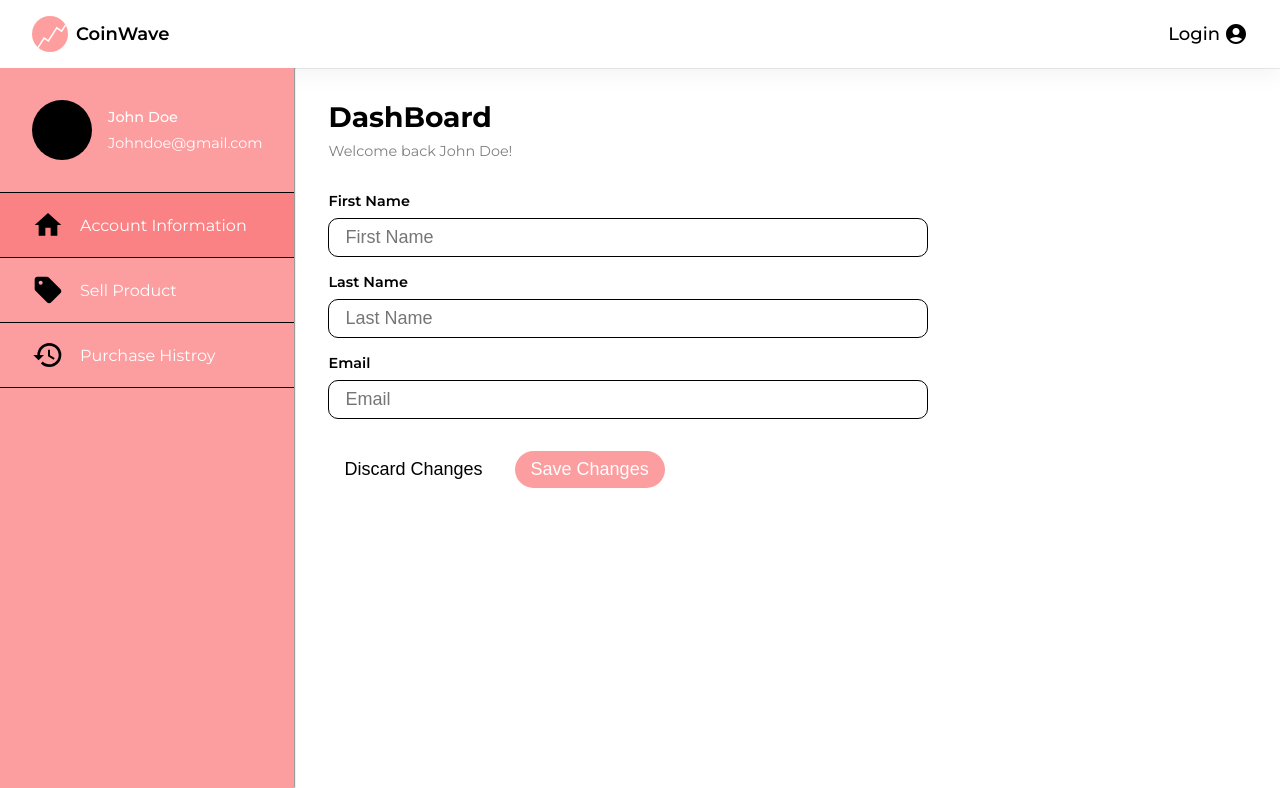
Repository: David-Waite/CoinWave
Page: /account
The author's editor kept a copy of each file at every save. The page is drawn from the files as they stood at one save, then again after the next save.
The browser window is 1280 px wide. The pictures show the whole page.
The project was rebuilt for these pictures with package versions that can differ from the ones it lists, and the page was loaded fresh each time. The framework's server and built-in components were replaced by stand-ins that run in the browser. Also part of the build but not shown: next.config.js, app/components/account/SellProduct/SellProduct.js, app/components/account/PurchaseHistory/PurchaseHistory.js.

Above is the page before, as saved 2023-08-16 11:22:14.

### app/layout.js
import Nav from "./components/Nav/Nav";
import "./globals.css";
import { Montserrat } from "next/font/google";

const montserrat = Montserrat({ subsets: ["latin"] });

export const metadata = {
  title: "Coin Wave",
  description: "Generated by create next app",
};

export default function RootLayout({ children }) {
  return (
    <html lang="en">
      <body className={montserrat.className}>
        <Nav />
        {children}
      </body>
    </html>
  );
}

### app/account/page.js
"use client";
import styles from "./account.module.css";
import { useState } from "react";
import AccountMenu from "../components/account/AccountMenu/AccountMenu";
import AccountInformation from "../components/account/AccountInfomation/AccountInfomation";
import SellProduct from "../components/account/SellProduct/SellProduct";
import PurchaseHistroy from "../components/account/PurchaseHistory/PurchaseHistory";

export default function Account() {
  const [selected, setSelected] = useState({
    accountInformation: true,
    sellProduct: false,
    purchaseHistroy: false,
  });

  function handleMenuSelect(select) {
    setSelected({
      accountInformation: select === "accountInformation",
      sellProduct: select === "sellProduct",
      purchaseHistroy: select === "purchaseHistroy",
    });
  }

  return (
    <div className={styles.main}>
      <AccountMenu selected={selected} onClick={handleMenuSelect} />

      <hr />
      <main>
        {selected.accountInformation && <AccountInformation />}
        {selected.sellProduct && <SellProduct />}
        {selected.purchaseHistroy && <PurchaseHistroy />}
      </main>
    </div>
  );
}

### app/components/Nav/Nav.js
import styles from "./nav.module.css";
import Link from "next/link";
import { MdAccountCircle } from "react-icons/md";
export default function Nav() {
  return (
    <nav className={styles.main}>
      <Link className={styles.homeLink} href="/">
        <svg
          width="36"
          height="36"
          viewBox="0 0 36 36"
          fill="none"
          xmlns="http://www.w3.org/2000/svg"
        >
          <circle cx="18" cy="18" r="18" fill="#FF9E9E" />
          <mask
            id="mask0_7_9"
            style={{ maskType: "alpha" }}
            maskUnits="userSpaceOnUse"
            x="0"
            y="0"
            width="36"
            height="36"
          >
            <path
              d="M36 18C36 27.9411 27.9411 36 18 36C8.05887 36 0 27.9411 0 18C0 8.05887 8.05887 0 18 0C27.9411 0 36 8.05887 36 18Z"
              fill="#FF9E9E"
            />
          </mask>
          <g mask="url(#mask0_7_9)">
            <path
              d="M2.13416 37.6684L12.0865 22.0755L16.3706 24.9865L24.7305 11.8885L29.6267 15.2153L36.3942 4.61218"
              stroke="white"
              stroke-width="1.5"
            />
          </g>
        </svg>
        CoinWave
      </Link>
      <Link className={styles.loginLink} href="/login">
        Login <MdAccountCircle size={24} />
      </Link>
    </nav>
  );
}

### app/globals.css
:root {
  --primary: #fc9d9f;
}

* {
  margin: 0;
  padding: 0;
}

### app/components/account/AccountMenu/AccountMenu.js
import styles from "./accountMenu.module.css";
import { MdHistory, MdHome, MdSell } from "react-icons/md";
export default function AccountMenu(props) {
  function handleClick(select) {
    props.onClick(select);
  }

  const selectedP = {
    backgroundColor: "#fa8284",
  };

  return (
    <div className={styles.container}>
      <div className={styles.infoOverView}>
        <div className={styles.photo}></div>
        <div className={styles.overViewTextContainer}>
          <p className={styles.fullNameOverView}>John Doe</p>
          <p className={styles.emailOverView}>Johndoe@gmail.com</p>
        </div>
      </div>

      <div
        onClick={() => handleClick("accountInformation")}
        className={styles.linkContainer}
        style={Object.assign(props.selected.accountInformation && selectedP)}
      >
        <MdHome className={styles.menuIcons} />
        <p>Account Information</p>
      </div>

      <div
        onClick={() => handleClick("sellProduct")}
        className={styles.linkContainer}
        style={Object.assign(props.selected.sellProduct && selectedP)}
      >
        <MdSell className={styles.menuIcons} />
        <p>Sell Product</p>
      </div>

      <div
        onClick={() => handleClick("purchaseHistroy")}
        className={`${styles.linkContainer} ${styles.linkContainerBottom}`}
        style={Object.assign(props.selected.purchaseHistroy && selectedP)}
      >
        <MdHistory className={styles.menuIcons} />
        <p>Purchase Histroy</p>
      </div>
    </div>
  );
}

### app/components/account/AccountInfomation/AccountInfomation.js
"use client";
import styles from "./accountInformation.module.css";
import { useState } from "react";
import { useRouter } from "next/navigation";
import { MdSecurityUpdate } from "react-icons/md";

export default function AccountInformation() {
  const [formData, setFormData] = useState({
    firstName: "",
    lastNameName: "",
    email: "",
  });

  const router = useRouter();

  function handleChange(event) {
    const { type, name, value, checked } = event.target;
    setFormData((prevFormData) => {
      return {
        ...prevFormData,
        [name]: type === "checkbox" ? checked : value,
      };
    });
  }

  function handleSubmit(event) {
    event.preventDefault();

    router.push("/account");
  }

  return (
    <main className={styles.main}>
      <form onSubmit={handleSubmit}>
        <h1 className={styles.title}>DashBoard</h1>
        <p className={styles.welcomeText}>Welcome back {"John Doe"}!</p>

        <div className={styles.form}>
          <div className={styles.inputContainer}>
            <label className={styles.firstNameLable} htmlFor="firstName">
              First Name
            </label>
            <input
              className={styles.firstName}
              type="text"
              placeholder="First Name"
              onChange={handleChange}
              name="firstName"
              value={formData.firstName}
            />
          </div>
          <div className={styles.inputContainer}>
            <label className={styles.lastNameLable} htmlFor="lastName">
              Last Name
            </label>
            <input
              className={styles.firstName}
              type="text"
              placeholder="Last Name"
              onChange={handleChange}
              name="lastName"
              value={formData.lastName}
            />
          </div>
          <div className={styles.inputContainer}>
            <label className={styles.emailLable} htmlFor="email">
              Email
            </label>
            <input
              className={styles.email}
              type="email"
              placeholder="Email"
              onChange={handleChange}
              name="email"
              value={formData.email}
            />
          </div>
        </div>
        <div className={styles.buttonContainer}>
          <button className={styles.discardChanges}>Discard Changes</button>
          <button className={styles.saveChanges}>Save Changes</button>
        </div>
      </form>
    </main>
  );
}

### app/components/Nav/nav.module.css
.main {
  display: flex;
  align-items: center;
  justify-content: space-between;
  padding: 16px 60px;
  box-shadow: rgba(0, 0, 0, 0.05) 0px 6px 24px 0px,
    rgba(0, 0, 0, 0.08) 0px 0px 0px 1px;
}

.homeLink {
  display: flex;
  align-items: center;
  gap: 8px;
  text-decoration: none;
  font-size: 18px;
  color: black;
  font-weight: 600;
}

.loginLink {
  display: flex;
  align-items: center;
  gap: 4px;
  font-size: 18px;
  text-decoration: none;
  color: black;
  font-weight: 500;
}

@media (max-width: 1600px) {
  .main {
    padding: 16px 32px;
  }
}
@media (max-width: 778px) {
  .main {
    padding: 16px;
  }
  .loginLink,
  .homeLink {
    font-size: 16px;
  }
}

### app/components/account/AccountMenu/accountMenu.module.css
.container {
  background-color: var(--primary);

  height: 100vh;
}

.infoOverView {
  display: flex;
  align-items: center;
  gap: 16px;

  padding: 32px;
}

.fullNameOverView {
  color: white;
  font-size: 14.4px;
  font-weight: 500;
}

.emailOverView {
  color: white;
  font-size: 14.4px;
}

.overViewTextContainer {
  display: flex;
  flex-direction: column;
  gap: 8px;
}

.linkContainer {
  padding: 16px 0;
  display: flex;
  align-items: center;
  gap: 16px;
  padding-left: 32px;
  border-top: 1px solid black;
  cursor: pointer;
}
.linkContainer:hover {
  background-color: #fa8284;
}

.menuIcons {
  font-size: 32px;
}

.linkContainerBottom {
  border-bottom: 1px solid black;
}

.linkContainer p {
  color: white;
}

.photo {
  width: 60px;
  height: 60px;
  background-color: black;
  border-radius: 50%;
}

### app/components/account/AccountInfomation/accountInformation.module.css
.main {
  padding: 32px;
  width: 600px;
}

.title {
  font-size: 28.13px;
}

.welcomeText {
  font-size: 14.4px;
  color: grey;
  margin-top: 8px;
}

.firstNameLable,
.lastNameLable,
.emailLable {
  font-size: 14.4px;
  font-weight: 600;
}

.firstName,
.lastName,
.email {
  border: 1px solid black;
  padding: 8px 16px;
  font-size: 18px;
  border-radius: 10px;
}

.form {
  padding: 32px 0;
  display: flex;
  flex-direction: column;
  gap: 16px;
}

.inputContainer {
  display: flex;
  flex-direction: column;
  gap: 8px;
}

.buttonContainer {
  display: flex;
  gap: 16px;
}
.discardChanges,
.saveChanges {
  cursor: pointer;
  border: none;
  padding: 8px 16px;
  border-radius: 50px;
  font-size: 18px;
}

.discardChanges {
  color: black;
  background-color: transparent;
}

.saveChanges {
  background-color: var(--primary);
  color: white;
}

Loaded but not shown: app/account/account.module.css (common file)

After the next save:
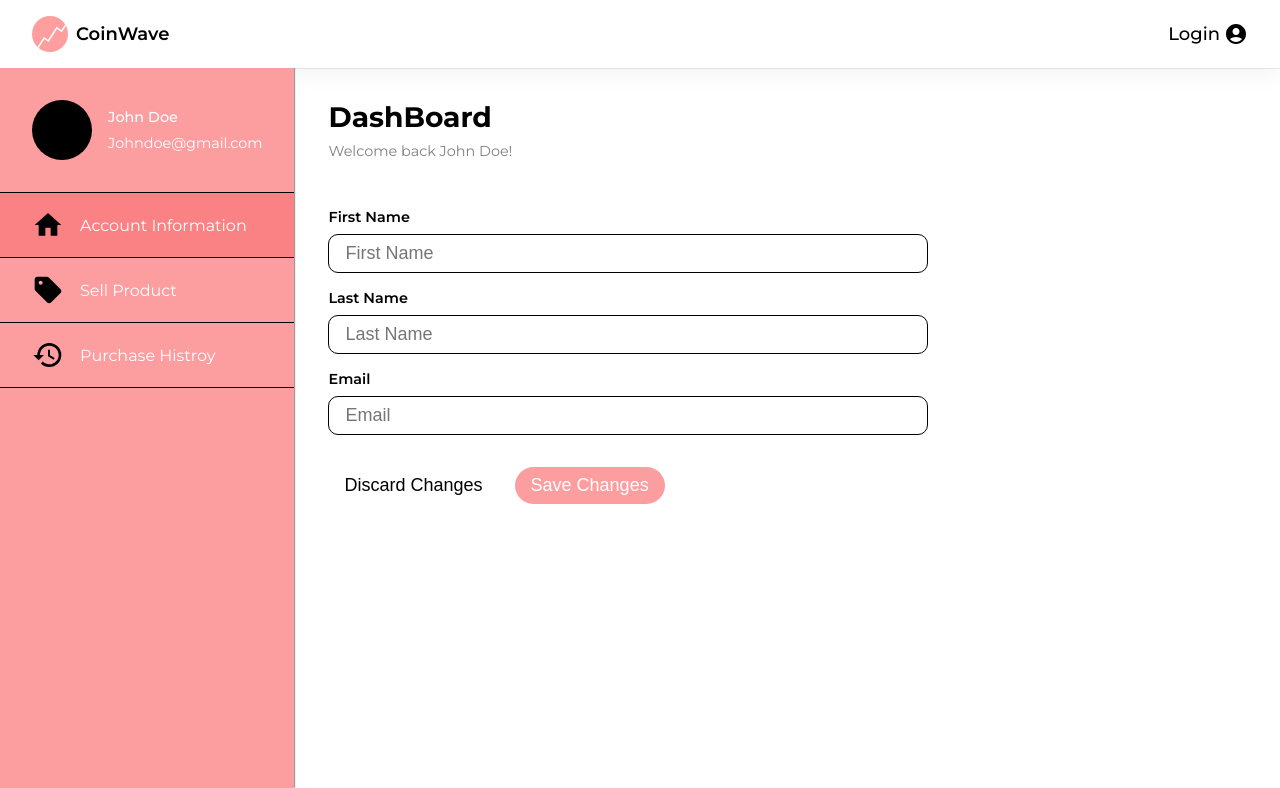
Saved 25 s later.
--- a/app/components/account/AccountInfomation/AccountInfomation.js
+++ b/app/components/account/AccountInfomation/AccountInfomation.js
@@ -36,6 +36,7 @@ export default function AccountInformation() {
         <p className={styles.welcomeText}>Welcome back {"John Doe"}!</p>
 
         <div className={styles.form}>
+          <div className={styles.nameContainer}></div>
           <div className={styles.inputContainer}>
             <label className={styles.firstNameLable} htmlFor="firstName">
               First Name
